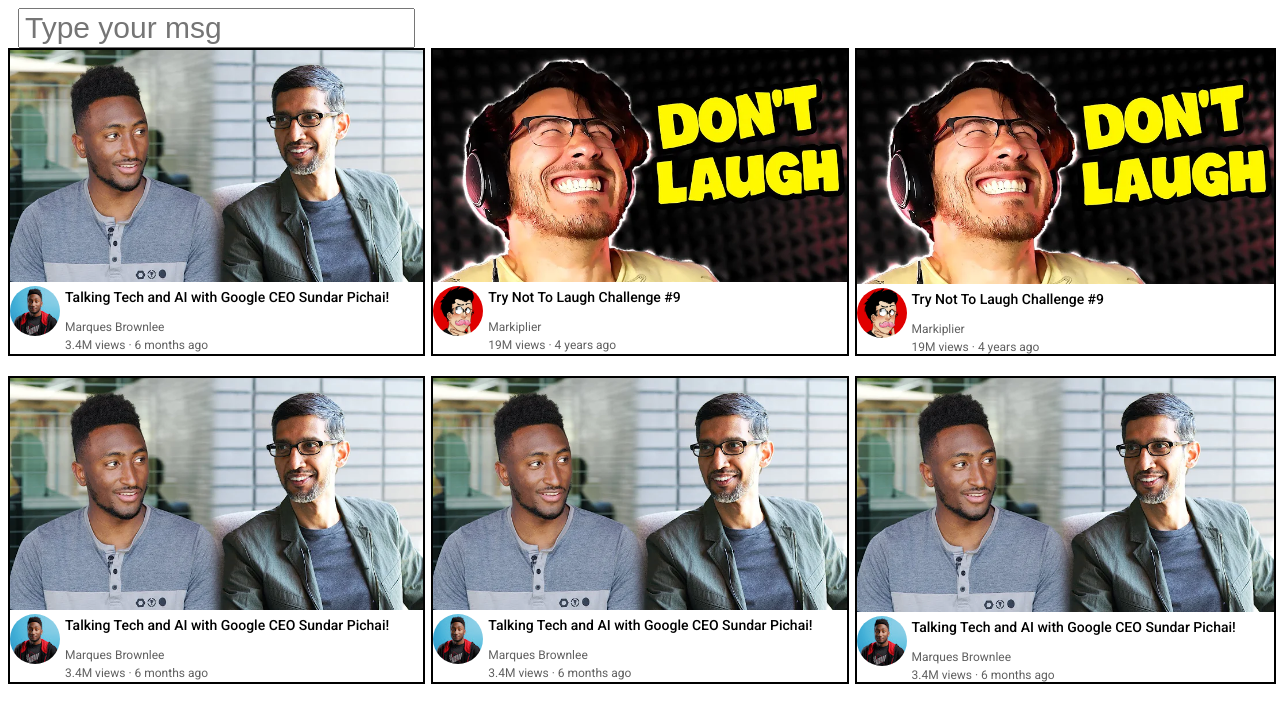
Repository: RagulRanjeeth/Frontend
Page: CloneYoutube/index.html
An editor plug-in stored every save of this project. The page is shown before and after the next save, followed by the edit.
The browser window is 1280 px wide. The pictures show the whole page.

Above is the page before, as saved 2026-01-25 16:59:34.

### CloneYoutube/index.html
<!DOCTYPE html>
<html>
    <head><title>Youtube Clone</title>
    <link rel="stylesheet" href="Styles.css"></head>
    <link rel="preconnect" href="https://fonts.googleapis.com">
    <link rel="preconnect" href="https://fonts.gstatic.com" crossorigin>
    <link href="https://fonts.googleapis.com/css2?family=Montserrat:ital,wght@0,100..900;1,100..900&family=Roboto:ital,wght@0,100..900;1,100..900&display=swap" rel="stylesheet">
    <body>
        <input class="SearchDashbar" type="text" placeholder="Type your msg">


<div class="MainContainer">

    <div class="Container">
            <div class="ThumbnailsContainer">
                <img class="Thumbnails" src="Thumbnails/thumbnail-1.webp">
            </div>

            <div class="DescriptionContainer">

                <div class="ProfileImgContainer">
                    <img class="ProfilePicture" src="Channels/channel-1.jpeg">
                </div>

                <div class="VideoDetailsContainer">
                    <p class="VideoHeading">
                     Talking Tech and AI with Google CEO Sundar Pichai!
                    </p>
                     <p class="VideoAuthor">
                     Marques Brownlee
                    </p>
                    <p class="VideoStats">
                     3.4M views &#183 6 months ago
                    </p>
                </div>

                </div>
            </div>


        <div class="Container">
            <div class="ThumbnailsContainer">
                <img class="Thumbnails" src="Thumbnails/thumbnail-2.webp">
            </div>
            <div class="DescriptionContainer">
                <div class="ProfileImgContainer">
                    <img class="ProfilePicture" src="Channels/channel-2.jpg">
                </div>
                <div class="VideoDetailsContainer">
                    <p class="VideoHeading">
                     Try Not To Laugh Challenge #9
                    </p>
                     <p class="VideoAuthor">
                        Markiplier
                    </p>
                    <p class="VideoStats">
                       19M views &#183  4 years ago
                    </p>
                </div>
            </div>
        </div>

        <div class="Container">
            <div class="ThumbnailsContainer">
                <img class="Thumbnails" src="Thumbnails/thumbnail-2.webp">
            </div>
            <div class="DescriptionContainer">
                <div class="ProfileImgContainer">
                    <img class="ProfilePicture" src="Channels/channel-2.jpg">
                </div>
                <div class="VideoDetailsContainer">
                    <p class="VideoHeading">
                     Try Not To Laugh Challenge #9
                    </p>
                     <p class="VideoAuthor">
                        Markiplier
                    </p>
                    <p class="VideoStats">
                       19M views &#183  4 years ago
                    </p>
                </div>
            </div>
        </div>


        <div class="Container">

            <div class="ThumbnailsContainer">
                <img class="Thumbnails" src="Thumbnails/thumbnail-1.webp">
            </div>

            <div class="DescriptionContainer">

                <div class="ProfileImgContainer">
                    <img class="ProfilePicture" src="Channels/channel-1.jpeg">
                </div>

                <div class="VideoDetailsContainer">
                    <p class="VideoHeading">
                     Talking Tech and AI with Google CEO Sundar Pichai!
                    </p>
                     <p class="VideoAuthor">
                     Marques Brownlee
                    </p>
                    <p class="VideoStats">
                     3.4M views &#183 6 months ago
                    </p>
                </div>

            </div>

        </div>


        <div class="Container">

            <div class="ThumbnailsContainer">
                <img class="Thumbnails" src="Thumbnails/thumbnail-1.webp">
            </div>

            <div class="DescriptionContainer">

                <div class="ProfileImgContainer">
                    <img class="ProfilePicture" src="Channels/channel-1.jpeg">
                </div>

                <div class="VideoDetailsContainer">
                    <p class="VideoHeading">
                     Talking Tech and AI with Google CEO Sundar Pichai!
                    </p>
                     <p class="VideoAuthor">
                     Marques Brownlee
                    </p>
                    <p class="VideoStats">
                     3.4M views &#183 6 months ago
                    </p>
                </div>

            </div>

        </div>


        <div class="Container">

            <div class="ThumbnailsContainer">
                <img class="Thumbnails" src="Thumbnails/thumbnail-1.webp">
            </div>

            <div class="DescriptionContainer">

                <div class="ProfileImgContainer">
                    <img class="ProfilePicture" src="Channels/channel-1.jpeg">
                </div>

                <div class="VideoDetailsContainer">
                    <p class="VideoHeading">
                     Talking Tech and AI with Google CEO Sundar Pichai!
                    </p>
                     <p class="VideoAuthor">
                     Marques Brownlee
                    </p>
                    <p class="VideoStats">
                     3.4M views &#183 6 months ago
                    </p>
                </div>

            </div>

        </div>

        </div>
    </body>
</html>

### CloneYoutube/Styles.css
.Thumbnails{
    width: 300px;
    /* height:300px;
    object-fit: contain;
    object-position:center;
    border-width: 2px;
    border-style:solid; */
}

.SearchDashbar{
    font-family: Arial;
    font-size: 30px;
    display: block;
    margin-left: 10px;
    padding-left: 5px;

}


.MainContainer{
   display: grid;
   grid-template-columns: 1fr 1fr 1.01fr;
   column-gap: 10px;
   row-gap: 20px;

}

.Container{
     width: 100%;
      border-width: 2px;
    border-style:solid;

}

.Thumbnails{
      width: 100%;
}

 .ThumbnailsContainer{
   width: 100%;
    margin-bottom:0px;
 }

.VideoHeading{
    font-family: Roboto, Arial, sans-serif;
    font-size: 14px;
    font-weight: 500;
    color: rgb(0, 0, 0);
    line-height:22px;
    margin-bottom: 5px;
    margin-top:0px;

}

.VideoAuthor, .VideoStats{
    font-family: Roboto, Arial, sans-serif;
    font-size: 12px;
    color: rgb(96, 96, 96);
    margin-bottom: 0px;
}

 .VideoStats{
    margin-top: 4px;
 }

.DescriptionContainer{
   display: grid;
   grid-template-columns: 50px 1fr;
}


 .ProfileImgContainer
 {

 }

 .VideoDetailsContainer{
   margin-left: 5px;
 }

 .ProfilePicture{
    width:50px;
    border-radius: 50px;
 }

After the next save:
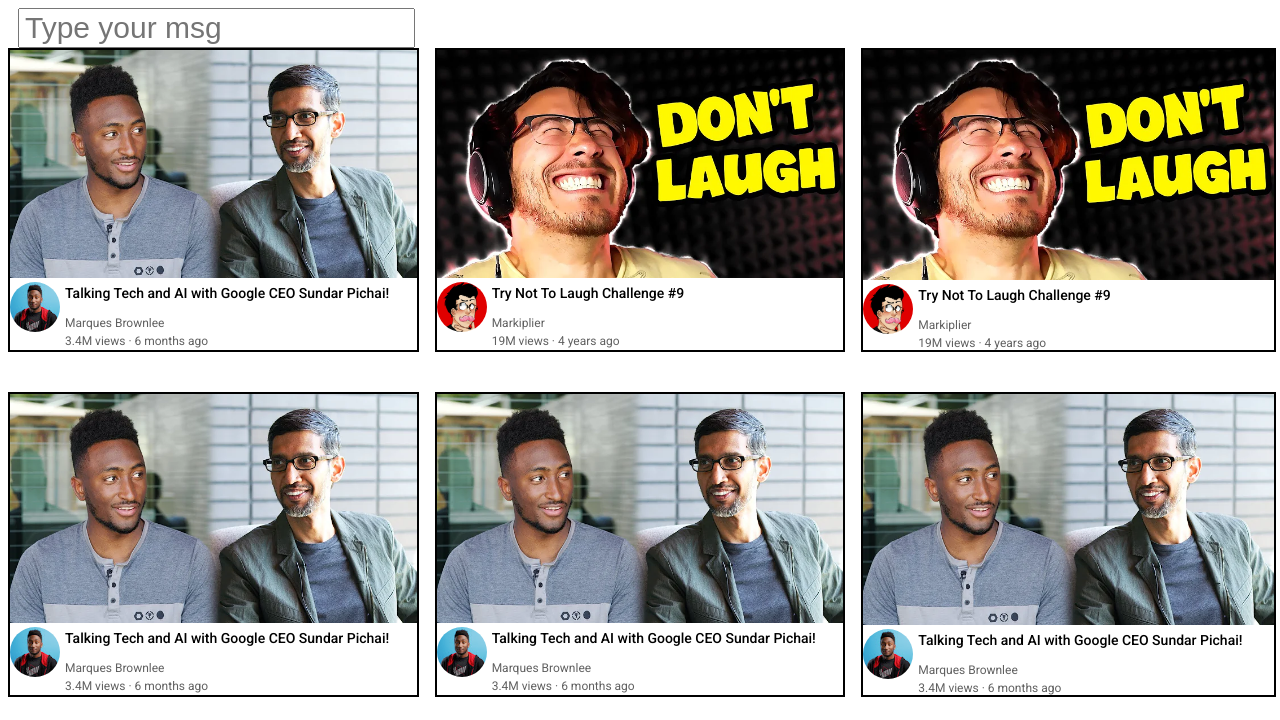
Saved 16 s later.
--- a/CloneYoutube/Styles.css
+++ b/CloneYoutube/Styles.css
@@ -20,8 +20,8 @@
 .MainContainer{
    display: grid;
    grid-template-columns: 1fr 1fr 1.01fr;
-   column-gap: 10px;
-   row-gap: 20px;
+   column-gap: 20px;
+   row-gap: 40px;
 
 }
 
